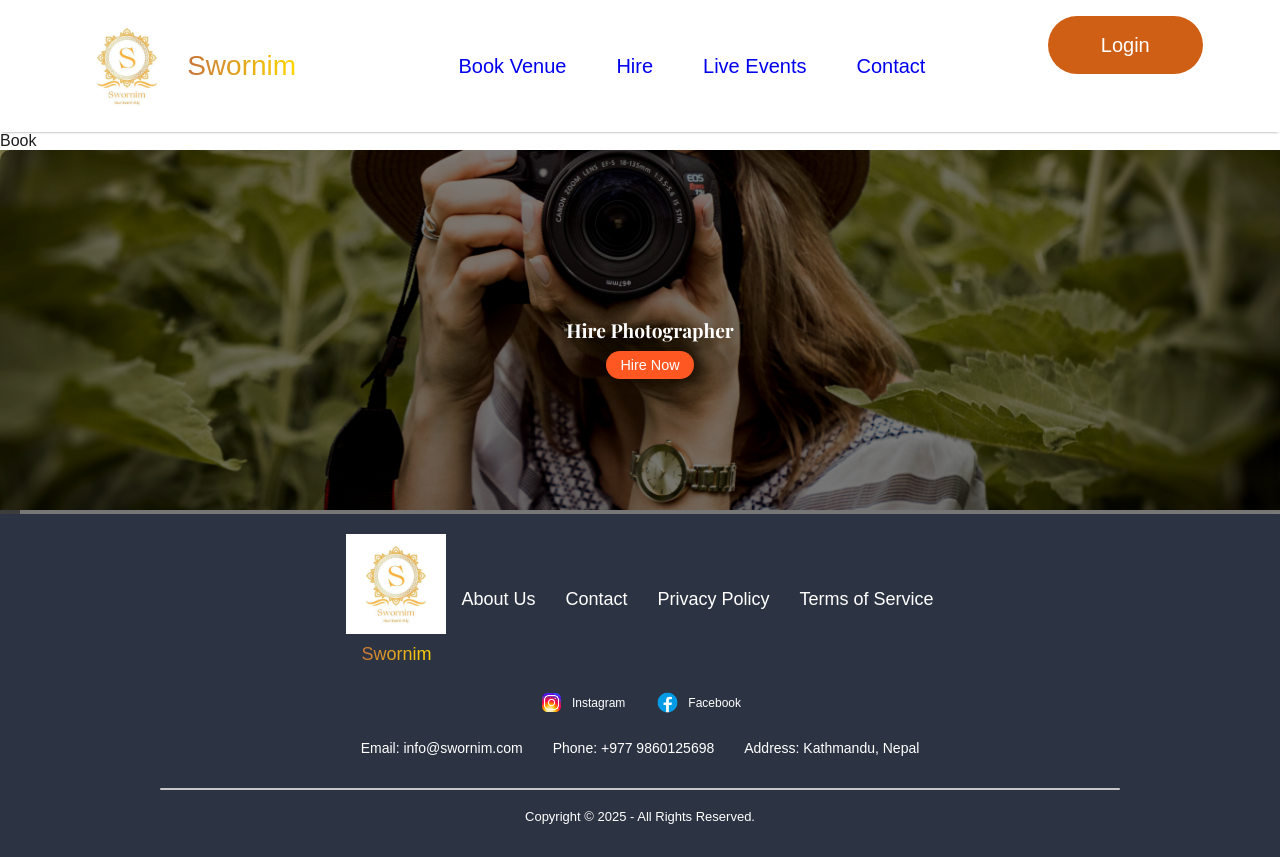
Repository: leonischu/Swornim
Page: / (app in frontend/)
An editor plug-in stored every save of this project. The page is shown before and after the next save, followed by the edit.
The browser window is 1280 px wide. The pictures show the whole page.
Pictures or frames that could not be fetched are drawn as grey boxes. The project was rebuilt for these pictures with package versions that can differ from the ones it lists, and the page was loaded fresh each time. Also part of the build but not shown: frontend/src/App.css, frontend/src/Pages/Contact.jsx, frontend/src/Pages/LoginSignup.jsx.

Above is the page before, as saved 2025-06-01 19:16:20.

### frontend/public/index.html
<!DOCTYPE html>
<html lang="en">
  <head>
    <meta charset="utf-8" />
    <link rel="icon" href="%PUBLIC_URL%/favicon.ico" />
    <meta name="viewport" content="width=device-width, initial-scale=1" />
    <meta name="theme-color" content="#000000" />
    <meta
      name="description"
      content="Web site created using create-react-app"
    />
    <link rel="apple-touch-icon" href="%PUBLIC_URL%/logo192.png" />
    <!--
      manifest.json provides metadata used when your web app is installed on a
      user's mobile device or desktop. See https://developers.google.com/web/fundamentals/web-app-manifest/
    -->
    <link rel="manifest" href="%PUBLIC_URL%/manifest.json" />
    <link href="https://fonts.googleapis.com/css2?family=Lato:wght@400;600&family=Playfair+Display:wght@400;600;700&display=swap" rel="stylesheet">
    <link rel="stylesheet" href="https://cdnjs.cloudflare.com/ajax/libs/font-awesome/6.0.0-beta3/css/all.min.css"/>

    <!--
      Notice the use of %PUBLIC_URL% in the tags above.
      It will be replaced with the URL of the `public` folder during the build.
      Only files inside the `public` folder can be referenced from the HTML.

      Unlike "/favicon.ico" or "favicon.ico", "%PUBLIC_URL%/favicon.ico" will
      work correctly both with client-side routing and a non-root public URL.
      Learn how to configure a non-root public URL by running `npm run build`.
    -->
    <title>Swornim</title>
  </head>
  <body>
    <noscript>You need to enable JavaScript to run this app.</noscript>
    <div id="root"></div>
    <!--
      This HTML file is a template.
      If you open it directly in the browser, you will see an empty page.

      You can add webfonts, meta tags, or analytics to this file.
      The build step will place the bundled scripts into the <body> tag.

      To begin the development, run `npm start` or `yarn start`.
      To create a production bundle, use `npm run build` or `yarn build`.
    -->
  </body>
</html>

### frontend/src/index.css
body {
  margin: 0;
  font-family: -apple-system, BlinkMacSystemFont, 'Segoe UI', 'Roboto', 'Oxygen',
    'Ubuntu', 'Cantarell', 'Fira Sans', 'Droid Sans', 'Helvetica Neue',
    sans-serif;
  -webkit-font-smoothing: antialiased;
  -moz-osx-font-smoothing: grayscale;
  font-family: 'Lato', sans-serif ;
  color: rgb(29, 29, 29);
}
h1, h2, h3, h4, h5, h6 {
  font-family: 'Playfair Display', serif;
  color: rgb(23, 23, 23); /* Default heading color */
  font-weight: bold;
}
.body-medium {
  font-family: 'Lato', sans-serif;
  font-size: 16px;
  color: rgb(29, 29, 29);
}
.title-medium {
  font-family: 'Playfair Display', serif;
  font-size: 20px;
  font-weight: bold;
  color: rgb(23, 23, 23);
}
.headline-small {
  font-family: 'Playfair Display', serif;
  font-size: 24px;
  font-weight: bold;
  color: white; /* White for headings like "Book Venue" */
}

code {
  font-family: source-code-pro, Menlo, Monaco, Consolas, 'Courier New',
    monospace;
}

### frontend/src/App.js

import './App.css';
import { Navbar } from './Components/Navbar/Navbar';
import { BrowserRouter, Routes, Route } from 'react-router-dom';
import { Book } from './Pages/Book';
import { Contact } from './Pages/Contact';
import { LoginSignup } from './Pages/LoginSignup';
import { Footer} from './Components/Footer/Footer';
import Carousel from './Components/Carousel/Carousel';
function App() {
  return (
    <div>
      <BrowserRouter>
      <Navbar/>
       <Routes>
          <Route path='/' element={<Book/>}/>
          <Route path='/contact' element={<Contact/>}/>

          <Route path='/login' element={<LoginSignup/>}/>
          </Routes>
          <Carousel/>
         <Footer/>
      </BrowserRouter>
    </div>
  );
}

export default App;

### frontend/src/Components/Navbar/Navbar.jsx
import React, { useState } from 'react'
import './Navbar.css'

import logo from '../Assets/logo.jpg'
import { Link } from 'react-router-dom';
export const Navbar = () => {
    const [menu, setMenu] = useState(""); // State for active menu item

  return (
    <div className='navbar'>
      <div className='nav-logo'>
        <img src={logo} alt=""/>
        <p>Swornim</p>
      </div>
      <ul className="nav-menu">
        <li onClick={()=>{setMenu("book venue")}}><Link style={{ textDecoration: 'none' }}to='/'>Book Venue</Link>{menu==="book venue"?<hr/>:<></>}</li>
        <li onClick={()=>{setMenu("hire")}}><Link style={{ textDecoration: 'none' }}to='/hire'> Hire</Link>{menu==="hire"?<hr/>:<></>}</li>
        <li onClick={()=>{setMenu("live events")}}><Link style={{ textDecoration: 'none' }} to='/liveevents'>Live Events</Link>{menu==="live events"?<hr/>:<></>}</li>
        <li onClick={()=>{setMenu("contact")}}><Link style={{ textDecoration: 'none' }}  to='/contact'>Contact</Link >{menu==="contact"?<hr/>:<></>}</li>
      </ul>
      <div className='nav-login-cart'>
        <Link to='/login'><button>Login</button></Link>

      </div>
    </div>
  )
}

### frontend/src/Pages/Book.jsx
import React from 'react';


export const Book = () => {
  return (
    <div>Book</div>


  )
}

### frontend/src/Components/Footer/Footer.jsx
import React from 'react'
import './Footer.css'
import footer_logo from '../Assets/logo.jpg'
import instagram_icon from '../Assets/instagram_icon.png'
import facebook_icon from '../Assets/facebook_icon.png'

export const Footer = () => {
  return (
    <div className='footer'>

      {/* Logo and Navigation Links */}
      <div className='footer-top'>
        <div className="footer_logo">
          <img src={footer_logo} alt='logo' />
          <p>Swornim</p>

        </div>

        <ul className='footer-links'>
          <li>About Us</li>
          <li>Contact</li>
          <li>Privacy Policy</li>
          <li>Terms of Service</li>
        </ul>
      </div>

      {/* Social Icons */}
      <div className="footer-social-section">
        <div className="footer-social-icon">
          <a
            href="https://instagram.com"
            target="_blank"
            rel="noopener noreferrer"
            className='footer-icons-container'
          >
            <img src={instagram_icon} alt="Instagram" />
            <span>Instagram</span>
          </a>
          <a
            href="https://facebook.com"
            target="_blank"
            rel="noopener noreferrer"
            className='footer-icons-container'
          >
            <img src={facebook_icon} alt="Facebook" />
            <span>Facebook</span>
          </a>
        </div>
      </div>

      {/* Contact Info */}
      <div className="footer-contact">
        <p>Email: info@swornim.com</p>
        <p>Phone: +977 9860125698 </p>
        <p>Address: Kathmandu, Nepal</p>
      </div>

      {/* Copyright */}
      <div className="footer-copyright">
        <hr />
        <p>Copyright © 2025 - All Rights Reserved.</p>
      </div>

    </div>
  )
}

### frontend/src/Components/Carousel/Carousel.jsx
import React from 'react';
import Slider from "react-slick";
import "slick-carousel/slick/slick.css";
import "slick-carousel/slick/slick-theme.css";
import "./Carousel.css";
const Carousel = () => {
  const settings = {
    dots: true,
    infinite: true,
    speed: 500,
    slidesToShow: 1,
    slidesToScroll: 1,
    autoplay: true,
    autoplaySpeed: 3000,
  };

  const slides = [
    {
      title: "Book Your Event",
      image: require("../Assets/venue.jpg"),
      buttonText: "Book Now",
    },
    {
      title: "Hire Photographer",
      image: require("../Assets/photographer.jpg"),
      buttonText: "Hire Now",
    },
    {
      title: "Hire Makeup Artist",
      image: require("../Assets/makeupartist.jpg"),
      buttonText: "Hire Now",
    },
    {
      title: "Get Into Live Events",
      image: require("../Assets/liveevent.jpg"),
      buttonText: "Explore Now",
    },
  ];

return (
  <div className="carousel-container">
    <Slider {...settings}>
      {slides.map((slide, index) => (
        <div key={index} className="carousel-slide">
          <img
            src={slide.image}
            alt={slide.title}
            className="carousel-image"
          />
          <div className="carousel-overlay">
            <h2 className="carousel-title">{slide.title}</h2>
            <button className="carousel-button">{slide.buttonText}</button>
          </div>
        </div>
      ))}
    </Slider>
  </div>
);
}

export default Carousel;

### frontend/src/Components/Navbar/Navbar.css
.navbar{
    display:flex;
    justify-content: space-around;
    padding: 16px;
    box-shadow: 0 1px 3px -2px black;
}
.nav-logo{
    display: flex;
    align-items: center;
    gap: 10px;
}
.nav-logo p {
    background: linear-gradient(to right, rgba(199, 116, 57, 1), #FFD700);
    -webkit-background-clip: text;
    -webkit-text-fill-color: transparent;
    background-clip: text; /* Optional for broader support */
    font-size: 28px;
    font-weight: 400;
}
.nav-logo img {
    width: 100px; /* Adjust the width of an image/icon */
    height: auto;
}
.nav-menu{
    display: flex;
    align-items: center;
    list-style: none;
    gap: 50px;
    color: black;
    font-size: 20px;
    font-weight: 500;

}
.nav-menu li{
    display: flex;
    flex-direction: column;
    align-items: center;
    justify-content: center;
    gap: 3px;
    cursor: pointer;

}
.nav-menu hr{
    border: none;
    width: 90%;
    height: 3px;
    border-radius: 15px;
    background: rgba(207, 95, 20, 1);

}
.nav-login-cart {
    display: flex; /* Flexbox layout */
    gap: 15px; /* Adjust the gap between buttons */
}
.nav-login-cart button{
    width: 155px;
    height: 58px;
    outline: none;
    border: 1px solid transparent;
    border-radius: 75px;
    background-color: rgba(207, 95, 20, 1);
    color: white;
    font-size: 20px;
    font-weight: 500;
    cursor: pointer;
}
.nav-login-cart button:active{
    background: rgba(44, 51, 66, 1);
}

### frontend/src/Pages/CSS/LoginSignup.css
body, html {
  margin: 0;
  padding: 0;
  box-sizing: border-box;
  font-family: 'Arial', sans-serif;
}

.loginsignup {
  width: 100%;
  height: 100vh;
  display: flex;
  justify-content: center;
  align-items: center;
  background: none; /* No background color */
}

.loginsignup-container {
  width: 400px;
  padding: 30px;
  background: white;
  border-radius: 10px;
  box-shadow: 0 4px 15px rgba(0, 0, 0, 0.1);
  text-align: center;
}

.loginsignup-container h1 {
  margin-bottom: 20px;
  color: #333;
  font-size: 24px;
}

.input-container {
  position: relative;
  margin-bottom: 20px;
}

.input-container i {
  position: absolute;
  top: 50%;
  left: 10px;
  transform: translateY(-50%);
  color: #aaa;
  font-size: 16px;
}

.input-container input {
  width: calc(100% - 40px);
  padding: 10px 10px 10px 35px;
  border: 1px solid #ccc;
  border-radius: 5px;
  font-size: 16px;
  outline: none;
  color: #333;
}

.input-container input:focus {
  border-color: #555;
}

button {
  width: 100%;
  padding: 12px;
  border: none;
  border-radius: 5px;
  background: rgba(207, 95, 20, 1);
  color: white;
  font-size: 18px;
  cursor: pointer;
  transition: background 0.3s ease-in-out;
}

button:hover {
  background: rgba(165, 75, 15, 1);
}

.loginsignup-login {
  margin-top: 20px;
  color: #555;
  font-size: 14px;
}

.loginsignup-login span {
  color: rgba(165, 75, 15, 1);;
  font-weight: bold;
  cursor: pointer;
}

.loginsignup-login span:hover {
  text-decoration: underline;
}

.loginsignup-agree {
  display: flex;
  align-items: center; /* Vertically aligns checkbox and text */
  gap: 10px; /* Space between the checkbox and the text */
  margin-top: 20px;
  font-size: 14px;
  color: #5c5c5c;
}

.loginsignup-agree input {
  margin-right: 10px;
}

.loginsignup-agree input[type='checkbox'] {
  width: 16px; /* Adjust the size of the checkbox */
  height: 16px;
  cursor: pointer; /* Makes the checkbox more interactive */
}

### frontend/src/Components/Footer/Footer.css
.footer {
  display: flex;
  flex-direction: column;
  align-items: center;
  gap: 25px; /* Increased gap for better spacing */
  padding: 20px 0;
  background-color: rgba(44, 51, 66, 1);
  color: white;
  font-family: Arial, sans-serif;
  font-size: 16px;
}

/* Top section with logo and links */
.footer-top {
   display: flex;
  justify-content: center;
  align-items: center;
  gap: 15px;
  width: 90%;
  max-width: 1200px;
  text-align: center;
}

.footer_logo {
  display: flex;
  flex-direction: column;
  align-items: center;
  gap: 10px;
}

.footer_logo img {
  width: 100px;
  height: auto;
  align-items: flex-start;
  justify-content: flex-start;
}

.footer_logo p {
  background: linear-gradient(to right, rgba(199, 116, 57, 1), #FFD700);
  -webkit-background-clip: text;
  -webkit-text-fill-color: transparent;
  font-size: 18px;
  font-weight: 500;
  margin: 0;
}

.footer-links {
  display: flex;
  list-style: none;
  gap: 30px;
  padding: 0;
  margin: 0;
  font-size: 18px;
  justify-content: center;
}

.footer-links li {
  cursor: pointer;
  transition: color 0.3s;

}

.footer-links li:hover {
  color: #ffa500;
}

/* Social Icons Section */
.footer-social-section {
  width: 90%;
  max-width: 1200px;
  text-align: center;
}

.footer-social-icon {
  display: flex;
  justify-content: center;
  gap: 30px;
}

.footer-icons-container {
  display: flex;
  align-items: center;
  gap: 8px;
  text-decoration: none;
  color: white;
  background: none;
  border: none;
  cursor: pointer;
  transition: color 0.3s ease;
}

.footer-icons-container img {
  width: 25px;
  height: 25px;
}

.footer-icons-container span {
  font-size: 12px;
}

.footer-icons-container:hover {
  color: #ff5722;
}

/* Contact Info Section */
.footer-contact {
  display: flex;
  flex-wrap: wrap;
  justify-content: center;
  gap: 30px;
  text-align: center;
  width: 90%;
  max-width: 1200px;
  font-size: 14px;
}

.footer-contact p {
  margin: 0;
}

/* Copyright Section */
.footer-copyright {
  display: flex;
  flex-direction: column;
  align-items: center;
  width: 100%;
  max-width: 1200px;
  color: white;
  font-size: 13px;
  text-align: center;
}

.footer-copyright hr {
  width: 80%;
  border: none;
  border-radius: 10px;
  height: 2px;
  background: #c7c7c7;
}

### frontend/src/Components/Carousel/Carousel.css
/* Carousel container */
.carousel-container {
  width: 100vw;
  margin: 0 auto;
  overflow: hidden;
}

/* Each slide */
.carousel-slide {
  position: relative;
  display: flex;
  justify-content: center;
  align-items: center;
}

/* Image styles */
.carousel-image {
  width: 100vw;
  height: 50vh;    /* Half viewport height */
  object-fit: cover; /* Ensures the image fills the area without distortion */
  border-radius: 0;
  box-shadow: 0px 4px 8px rgba(0, 0, 0, 0.1);
}

/* Overlay styles */
.carousel-overlay {
  position: absolute;
  top: 0;
  left: 0;
  width: 100%;
  height: 100%;
  background: rgba(0, 0, 0, 0.5); /* Slightly darker overlay */
  display: flex;
  flex-direction: column;
  justify-content: center;
  align-items: center;
  border-radius: 10px;
  padding: 10px;
}

/* Title styles */
.carousel-title {
  color: white;
  font-size: 1.2rem; /* Smaller font size for titles */
  font-weight: bold;
  margin-bottom: 8px;
  text-align: center;
}

/* Button styles */
.carousel-button {
  background-color: #ff5722;
  color: white;
  display: inline-block;
  width: auto;
  max-width: 150px;
  padding: 6px 14px; /* Smaller padding for buttons */
  border: none;
  border-radius: 20px;
  font-size: 0.9rem; /* Smaller button font size */
  cursor: pointer;
  box-shadow: 0px 2px 6px rgba(0, 0, 0, 0.2);
  transition: background-color 0.3s ease;
}

.carousel-button:hover {
  background-color: #e64a19;
}

Loaded but not shown: frontend/src/index.js (common file); frontend/src/reportWebVitals.js (common file)

After the next save:
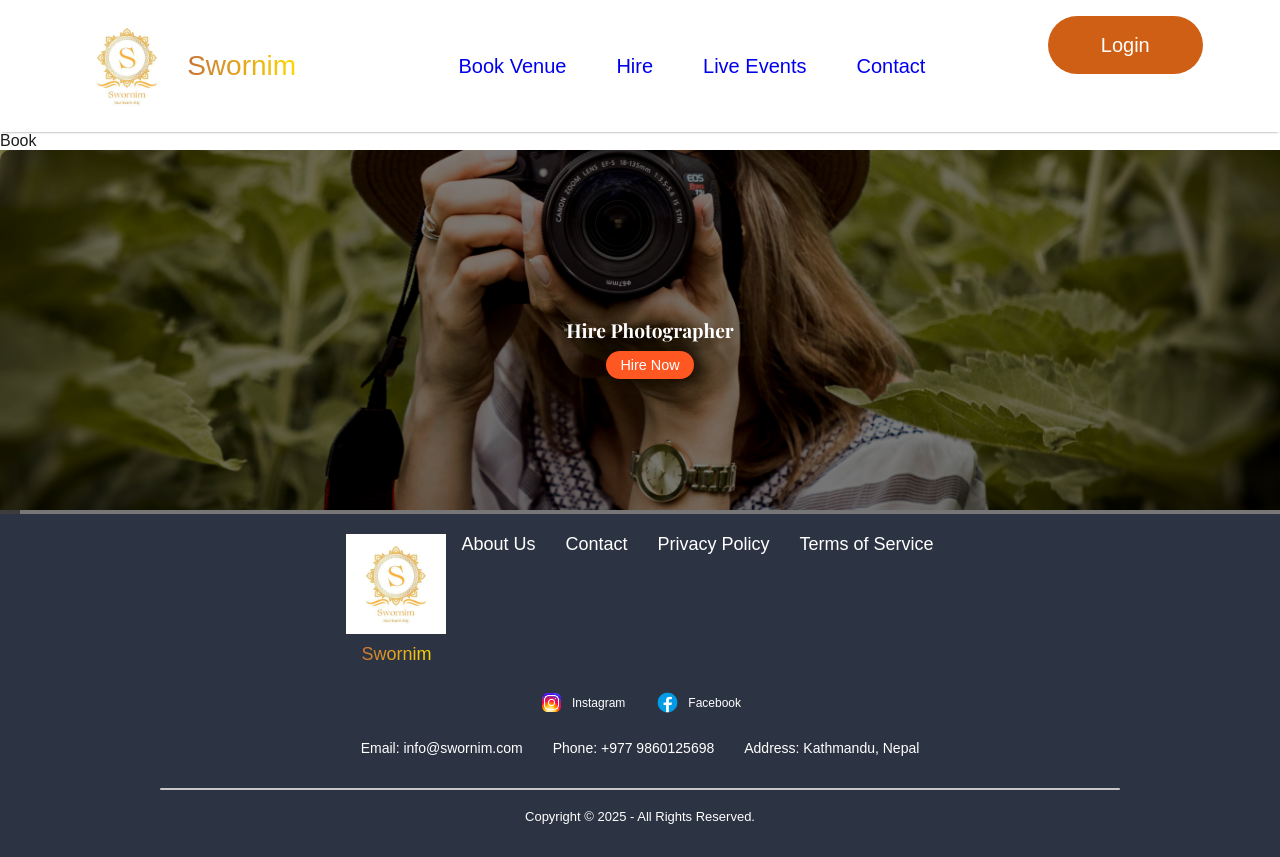
Saved 50 s later.
--- a/frontend/src/Components/Footer/Footer.css
+++ b/frontend/src/Components/Footer/Footer.css
@@ -14,7 +14,7 @@
 .footer-top {
    display: flex;
   justify-content: center;
-  align-items: center;
+  align-items: flex-start;
   gap: 15px;
   width: 90%;
   max-width: 1200px;
@@ -32,7 +32,6 @@
   width: 100px;
   height: auto;
   align-items: flex-start;
-  justify-content: flex-start;
 }
 
 .footer_logo p {

After the save that followed:
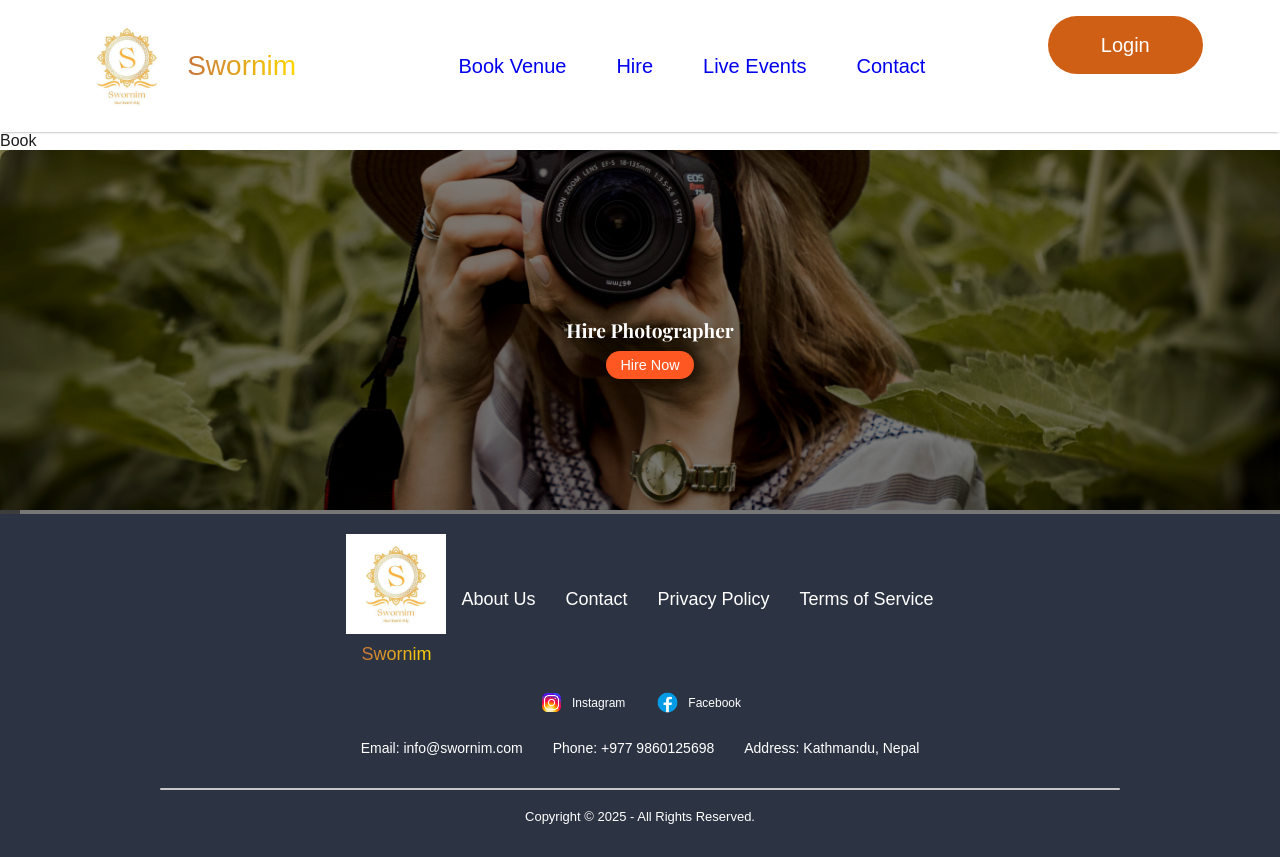
Saved 14 s later.
--- a/frontend/src/Components/Footer/Footer.css
+++ b/frontend/src/Components/Footer/Footer.css
@@ -14,7 +14,7 @@
 .footer-top {
    display: flex;
   justify-content: center;
-  align-items: flex-start;
+  align-items: center;
   gap: 15px;
   width: 90%;
   max-width: 1200px;
